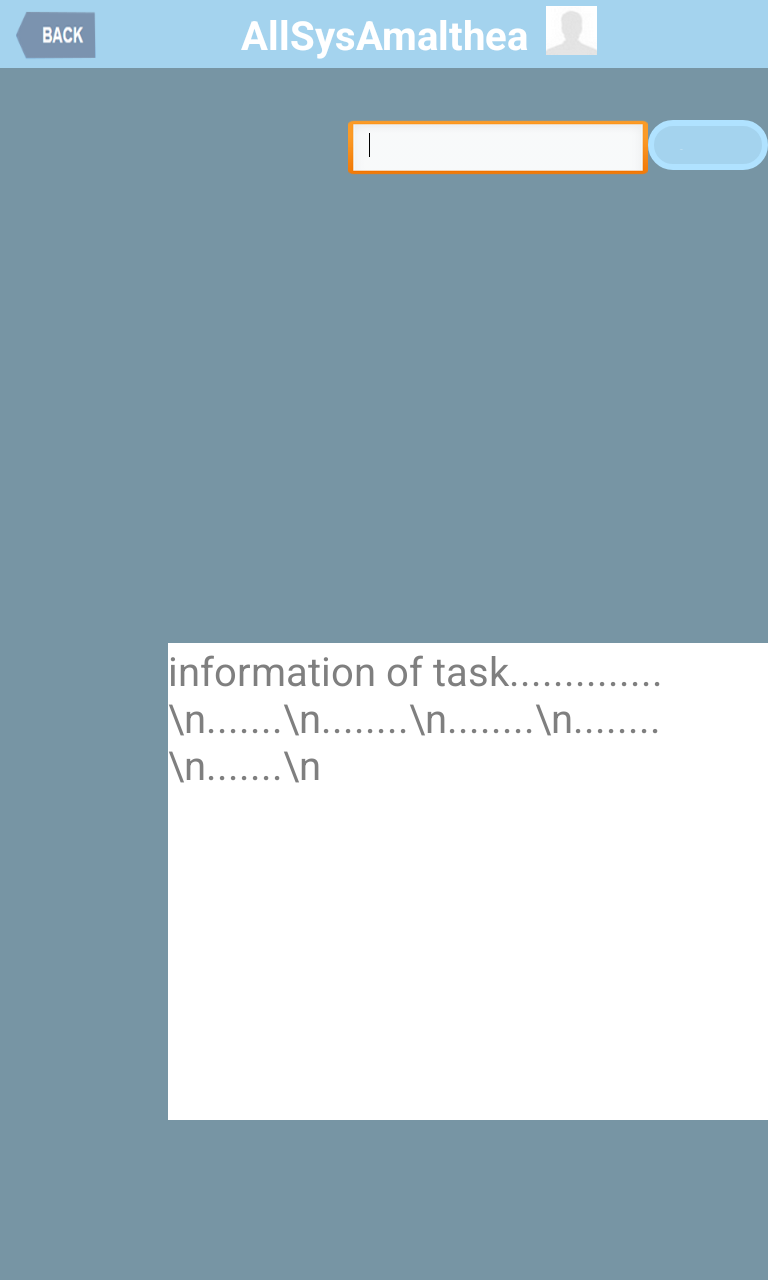
Repository: AllSysAmalthea/AllSys
Layout: APP/AppUI code/代码/Allsys/res/layout/activity_search.xml
An editor plug-in stored every save of this project. The layout is shown before and after the next save, followed by the edit.
It is drawn on a 768 x 1280 px phone screen (xhdpi) without system bars, with theme android:Theme.NoTitleBar; the app's code is not run.

Above is the layout before, as saved 2015-06-06 07:29:07.

### APP/AppUI code/代码/Allsys/res/layout/activity_search.xml
<RelativeLayout xmlns:android="http://schemas.android.com/apk/res/android"
    xmlns:tools="http://schemas.android.com/tools"
    android:layout_width="match_parent"
    android:layout_height="wrap_content"
    android:layout_gravity="center_horizontal"
    android:background="@drawable/back"
    android:gravity="top"
    tools:context=".VoluteerAvtivity" >

    <AbsoluteLayout
        android:id="@+id/linearLayout1"
        android:layout_width="fill_parent"
        android:layout_height="wrap_content"
        android:orientation="horizontal" >

        <TextView
            android:id="@+id/header_text"
            android:layout_width="fill_parent"
            android:layout_height="68px"
            android:layout_x="0px"
            android:layout_y="0px"
            android:background="#A4D3EE"
            android:gravity="center"
            android:singleLine="true"
            android:text="AllSysAmalthea"
            android:textColor="#ffffff"
            android:textSize="20sp"
            android:textStyle="bold" />

        <ImageButton
            android:id="@+id/user"
            android:layout_width="100px"
            android:layout_height="100px"
            android:layout_x="260dp"
            android:layout_y="-10dp"
            android:background="@drawable/user" />

        <ImageButton
            android:id="@+id/exit"
            android:layout_width="80px"
            android:layout_height="80px"
            android:layout_x="8dp"
            android:layout_y="-4dp"
            android:background="@drawable/pic2" />
    </AbsoluteLayout>

    <TextView
        android:id="@+id/businesscardsingle_content_abstract"
        android:layout_width="300dp"
        android:layout_height="wrap_content"
        android:layout_alignParentBottom="true"
        android:layout_alignParentRight="true"
        android:layout_marginBottom="80dp"
        android:background="#ffffff"
        android:lineSpacingMultiplier="1.0"
        android:lines="10"
        android:text="information of task..............\n.......\n........\n........\n........\n.......\n"
        android:textColor="#7f7f7f"
        android:textSize="20sp" />

    <Button
        android:id="@+id/Search"
        android:layout_width="120px"
        android:layout_height="50px"
        android:layout_alignParentRight="true"
        android:layout_alignTop="@+id/searchContent"
        android:background="@drawable/shape3"
        android:text="Search"
        android:textColor="#ffffff"
        android:textSize="14sp" />

    <EditText
        android:id="@+id/searchContent"
        android:layout_width="300px"
        android:layout_height="60px"
        android:layout_below="@+id/linearLayout1"
        android:layout_marginTop="20dp"
        android:layout_toLeftOf="@+id/Search"
        android:ems="10"
        android:textSize="20sp" >

        <requestFocus />
    </EditText>

</RelativeLayout>

### APP/AppUI code/代码/Allsys/res/drawable-mdpi/shape3.xml
<?xml version="1.0" encoding="utf-8"?>
<shape xmlns:android="http://schemas.android.com/apk/res/android"
    android:shape="rectangle" >

    <!-- 填充的颜色：这里设置背景透明 -->
    <solid android:color="#A4D3EE" />
    <!-- 边框的颜色 ：不能和窗口背景色一样-->
    <stroke
        android:width="3dp"
        android:color="#B0E2FF" />
    <!-- 设置按钮的四个角为弧形 -->
    <!-- android:radius 弧形的半径 -->
    <corners android:radius="15dip" />

    <!-- padding：Button里面的文字与Button边界的间隔 -->
    <padding
        android:bottom="10dp"
        android:left="10dp"
        android:right="10dp"
        android:top="10dp" />

</shape>

After the next save:
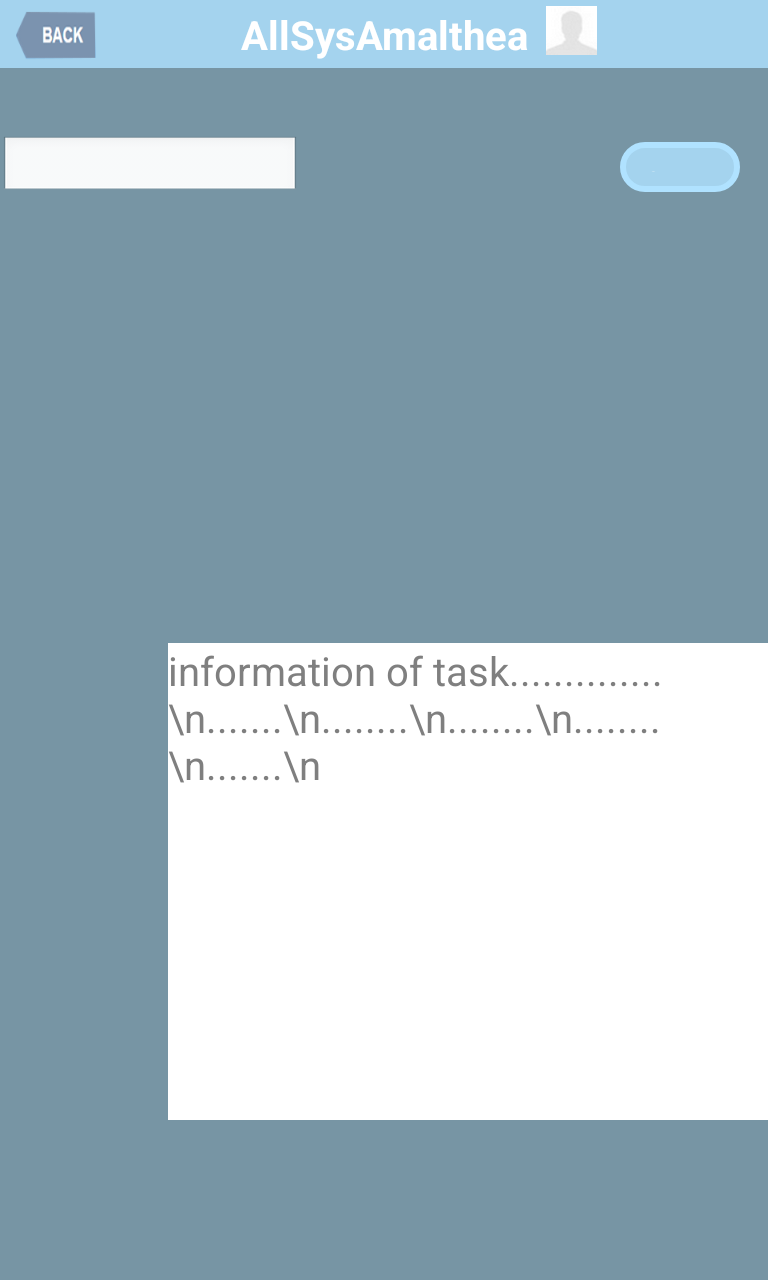
Saved 46 s later.
--- a/APP/AppUI code/代码/Allsys/res/layout/activity_search.xml
+++ b/APP/AppUI code/代码/Allsys/res/layout/activity_search.xml
@@ -62,8 +62,10 @@
         android:id="@+id/Search"
         android:layout_width="120px"
         android:layout_height="50px"
+        android:layout_alignBaseline="@+id/searchContent"
+        android:layout_alignBottom="@+id/searchContent"
         android:layout_alignParentRight="true"
-        android:layout_alignTop="@+id/searchContent"
+        android:layout_marginRight="14dp"
         android:background="@drawable/shape3"
         android:text="Search"
         android:textColor="#ffffff"
@@ -73,13 +75,10 @@
         android:id="@+id/searchContent"
         android:layout_width="300px"
         android:layout_height="60px"
+        android:layout_alignParentLeft="true"
         android:layout_below="@+id/linearLayout1"
-        android:layout_marginTop="20dp"
-        android:layout_toLeftOf="@+id/Search"
+        android:layout_marginTop="28dp"
         android:ems="10"
-        android:textSize="20sp" >
-
-        <requestFocus />
-    </EditText>
+        android:textSize="20sp" />
 
 </RelativeLayout>
